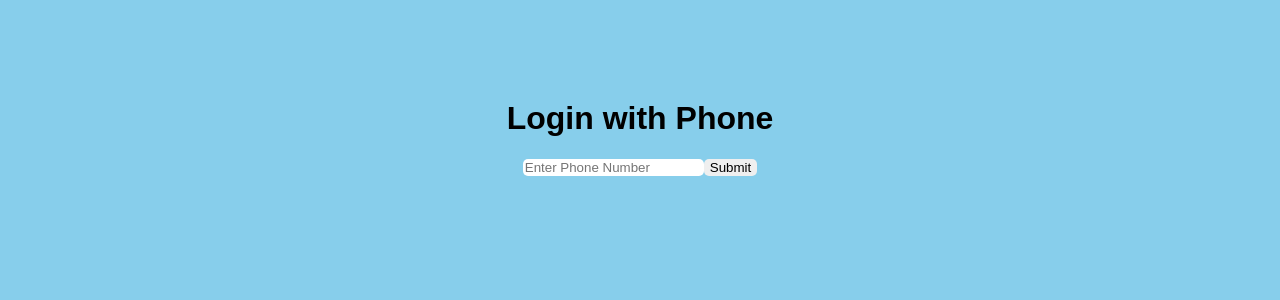
Repository: s-babaeizadeh/OTP-Login
Page: /
These files come from the project's save history. The page is drawn as it stood at one moment and after the next save; the edit follows.
The browser window is 1280 px wide. The pictures show the whole page.
The project was rebuilt for these pictures with package versions that can differ from the ones it lists, and the page was loaded fresh each time. Also part of the build but not shown: vite.config.js, src/components/OtpInput.jsx.

Above is the page before, as saved 2024-08-03 21:37:16.

After the next save:
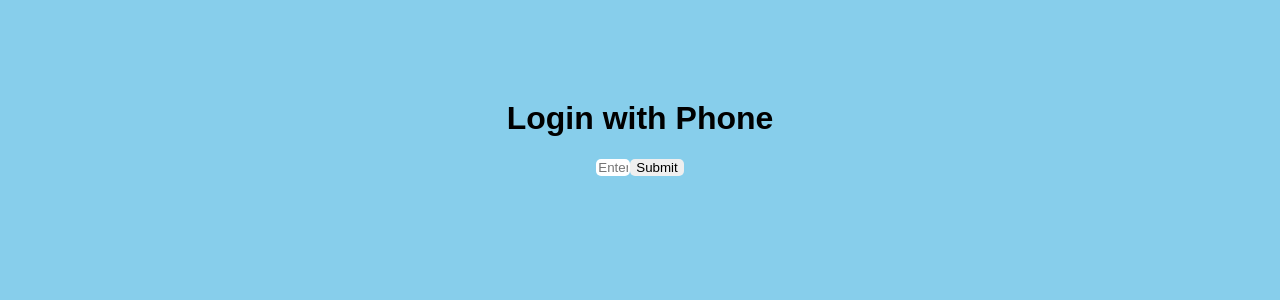
Saved 26 s later.
--- a/src/App.css
+++ b/src/App.css
@@ -16,6 +16,7 @@
   border-radius: 5px;
   border: none;
   outline: none;
+  width: 30px;
 }
 
 button {
